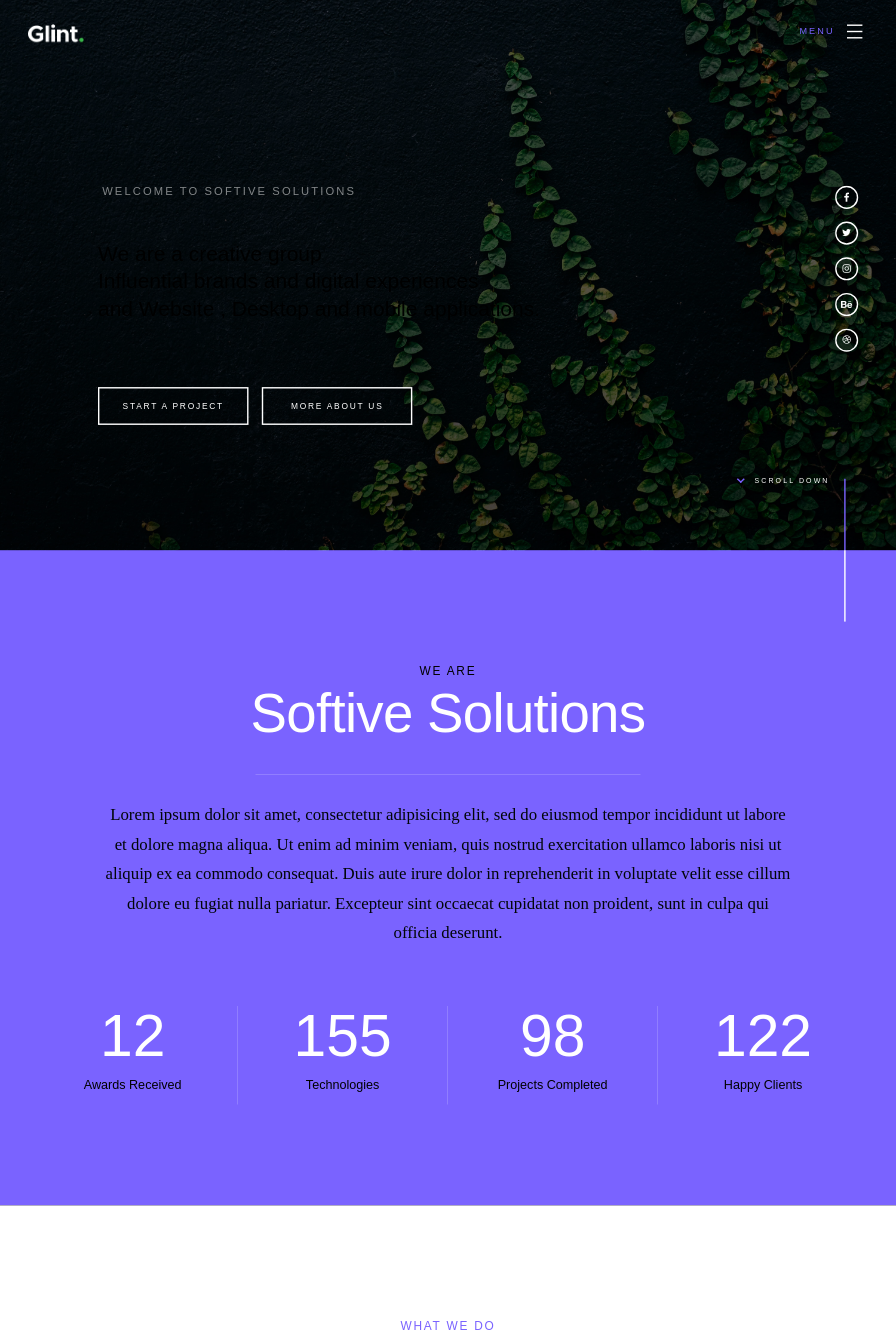
Repository: ahsankalim09/light-Agency
Page: index.html
An editor plug-in stored every save of this project. The page is shown before and after the next save, followed by the edit.
The browser window is 1280 px wide. The pictures show the part of the page from y = 0 to 1920 px (the page is 8447 px tall), at 70% of full size.
Some web fonts or font styles are not loaded; a fallback is used.

Above is the page before, as saved 2020-12-27 19:25:00.

After the next save:
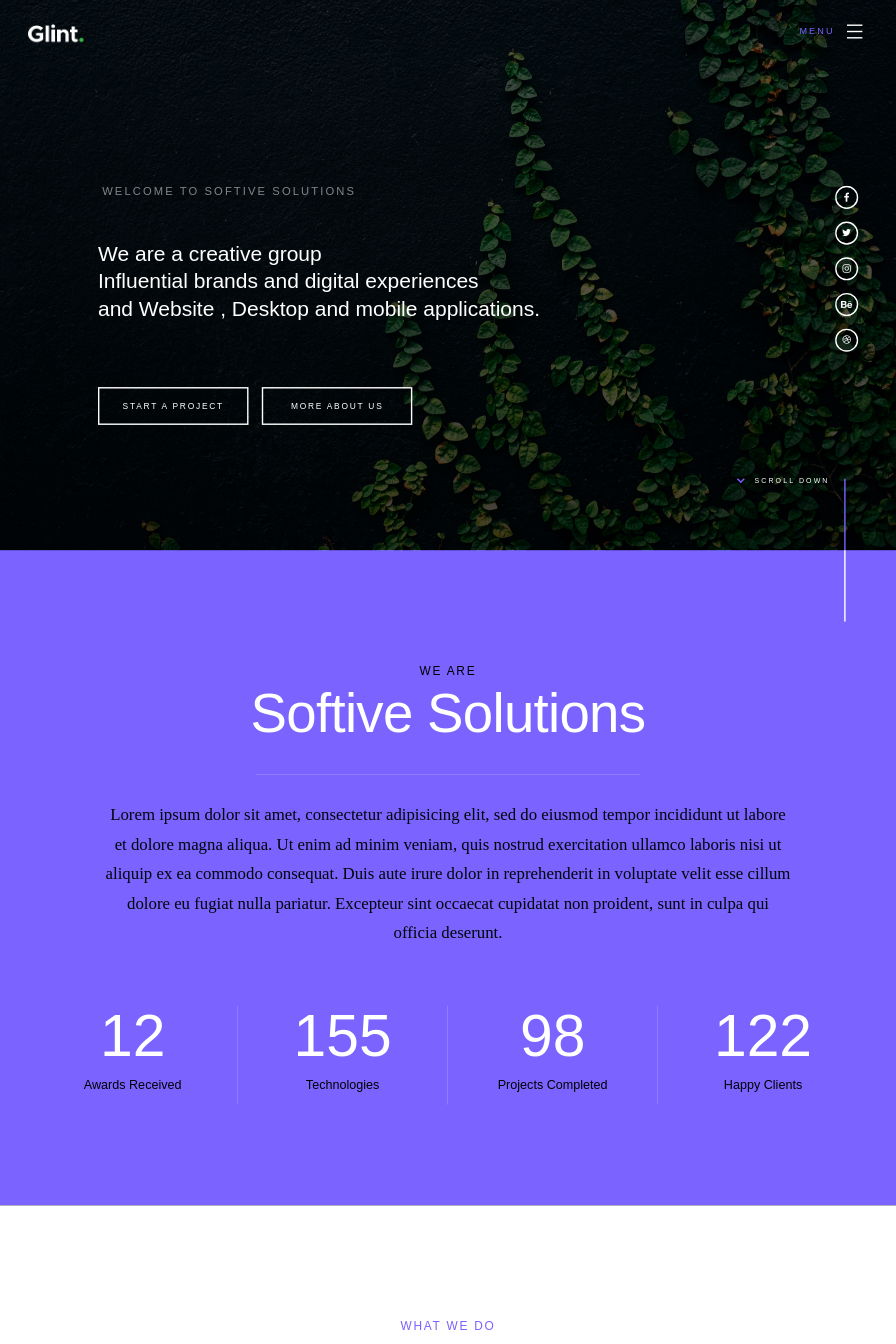
Saved 17 s later.
--- a/index.html
+++ b/index.html
@@ -77,11 +77,11 @@
 <div class="home-content">
 <div class="row home-content__main">
 <h3>Welcome to Softive Solutions</h3>
-<h2>
+<h2 style="color: white;">
 We are a creative group <br>
 Influential brands and digital experiences <br>
 and Website , Desktop and mobile applications.
-</h2>
+</h2 >
 <div class="home-content__buttons">
 <a href="#contact" class="smoothscroll btn btn--stroke">
 Start a Project
